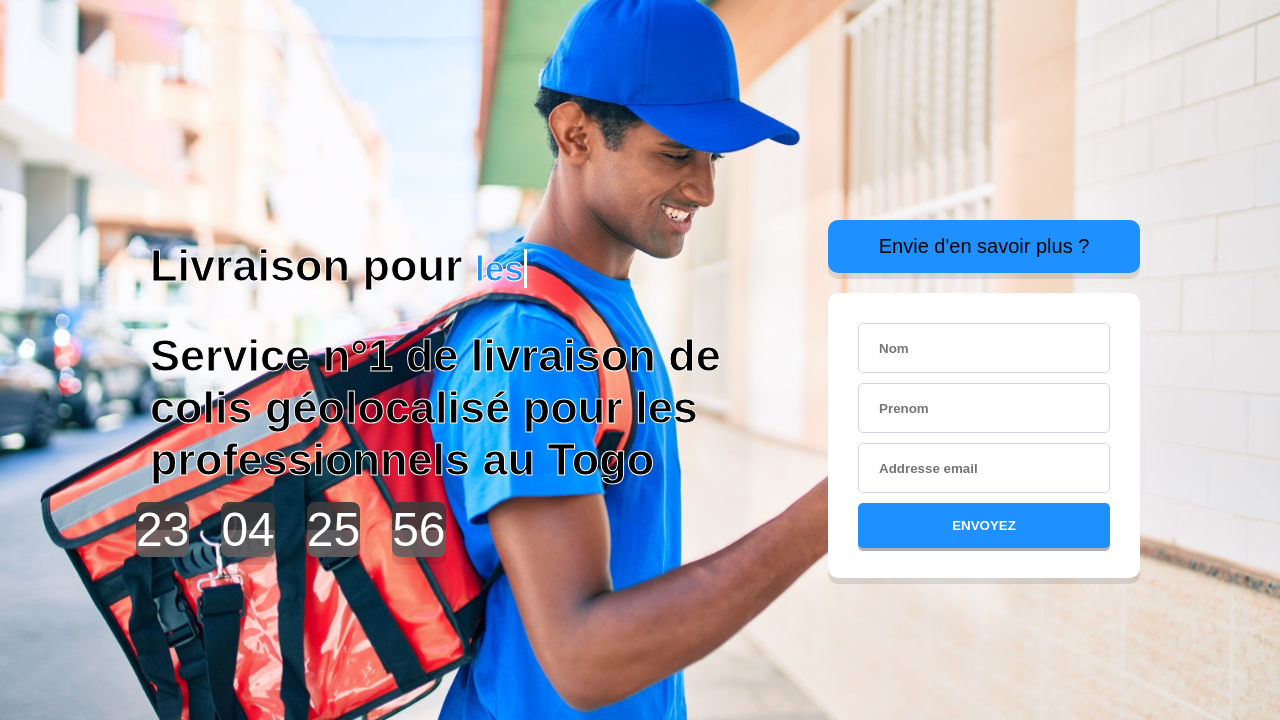
Repository: lawalalao/landpage
Page: index.html
The author's editor kept a copy of each file at every save. The page is drawn from the files as they stood at one save, then again after the next save.
The browser window is 1280 px wide. The pictures show the whole page.
Some web fonts or font styles are not loaded; a fallback is used.

Above is the page before, as saved 2021-01-14 18:47:53.
Console error: TypeError: Cannot read properties of null (reading 'addEventListener')

### index.html
<!DOCTYPE html>
<html lang="en">
<head>
    <meta charset="UTF-8">

    <meta name="viewport" content="width=device-width, initial-scale=1.0">
    <link rel="shortcut icon" type="image/x-icon" href="./assets/icone.png">
    <meta http-equiv="refresh" content="30">
    <link href="./assets/fontawesome-free-5.15.1-web/css/all.css" rel="stylesheet">
    <link rel="preconnect" href="https://fonts.gstatic.com">
    <link href="https://fonts.googleapis.com/css2?family=Allerta+Stencil&display=swap" rel="stylesheet">
    <link rel="stylesheet" href="style.css">
    <title>chapchap</title>
     <meta name="description" content="Service n°1 de livraison de colis géolocalisé pour les professionnels au Togo.comingsoon">
</head>
<body>

        <div class="nav" id="navbar">

            <nav class="navbar navbar-light bg-light">
            <a class="navbar-brand" href="#">
                <img src="./assets/logo.png" width="90" height="90" alt="logo" loading="lazy">
            </a>
            </nav>
            <div>
                <a href="https://web.facebook.com/chapchap.tg" target="_blank" ><i class="fab fa-facebook-square"></i></a>
                <a href="https://www.instagram.com/chapchap_tg/" target="_blank"><i class="fab fa-instagram-square"></i></a>
                <a href="https://twitter.com/chapchap_tg" target="_blank"><i class="fab fa-twitter-square"></i></a>
                <a href="https://www.linkedin.com/company/chapchap-tg" target="_blank" ><i class="fab fa-linkedin"></i></a>
            </div>
        </div>

    <section class="signup">
        <div class="signup-intro">
            <h1 class="z">Livraison pour
                <span class="txt-type" data-wait="500" data-words='["les colis", "les plis", "les marchandises", "le retail", "le dernier Kilometre"]'></span>
            </h1>
            <h1 class="x">Service n°1 de livraison de colis géolocalisé pour les professionnels au Togo</h1>
             <div class="countdown"></div>

        </div>

        <div class="signup-form">
            <div class="tryit-banner">
                <p>Envie d'en savoir plus ? </p>
            </div>

            <form action="https://formspree.io/f/xleollba" method="POST"">
                <input type="text" name="name" placeholder="Nom">
                <input type="text" name="name" placeholder="Prenom">
                <input type="email" name="_replyto"placeholder="Addresse email" required>

                <button class="button">Envoyez</button>

            </form>
        </div>
    </section>
</body>
<script src="./app.js"></script>
<script>  var prevScrollpos = window.pageYOffset;
      window.onscroll = function() {

      var currentScrollpos = window.pageYOffset;
      if(prevScrollpos > currentScrollpos) {
            document.getElementById("navbar").style.top = "0";
      } else {
            document.getElementById("navbar").style.top = "-400px";
      }

      prevScrollpos = currentScrollpos;

      }</script>
</html>

### style.css
body {
    font-family: 'Allerta Stencil',
    sans-serif;
    max-width: 310px;
    margin: 0 auto;
    padding: 20px 20px;
    background: url("./assets/image.jpeg") center no-repeat;
    background-repeat: no-repeat;
    background-size: cover;
    color: Black;
    text-align: center;
}
.nav {
    margin-top: 30px;
    position: fixed;
    z-index: 1000;
    top: 0;
    right: 30px;
    left: 40px;
    height: 35px;
    display: flex;
    flex-direction: row;
    justify-content: space-between;
    align-items: center;
    padding: 0 25px 0 25px;
    background-color: transparent;
    transition: top 0.3s;


}

.z{
    margin-top: 70px;
}
.nav a {
    float: left;
    font-size: 28px;
    font-weight: bold;
    margin-left: 25px;
    color: black;
    text-decoration: none;

}
.txt-type>.txt {
    font-size: 35px;
    color: #1E90FF;
    border-right: 0.2rem solid white;
}
h1{
     -webkit-text-stroke: 1px white;
     color:black;
}
p {
    font-size: 14px;
}

.tryit-banner {
    background-color:#1E90FF;
    border-radius: 10px;
    margin-top: 50px;
    box-shadow: 0px 6px 0px rgba(0, 0, 0, 0.1);
    font-size: 14px;
}

.tryit-banner p {
    padding: 15px 0;
}

input, button {
    font-family: 'Allerta Stencil',
    sans-serif;
}

form {
    background-color: #fff;
    margin-top: 20px;
    display: flex;
    flex-direction: column;
    padding: 20px;
    border-radius: 10px;
    box-shadow: 0px 6px 0px rgba(0, 0, 0, 0.1);
}

input {
    box-sizing: border-box;
    width: 100%;
    height: 50px;
    padding-left: 20px;
    font-weight: 600;
    border: 1px solid hsl(245, 35%, 87%);
    border-radius: 5px;
    margin-bottom: 10px;
    transition: 0.1s;
}

input:hover {
    border: 1px solid hsl(246, 25%, 77%);
}

.button {
    background-color:#1E90FF;
    font-family: 'Allerta Stencil',
    sans-serif;
    border: none;
    border-radius: 5px;
    box-shadow: 0px 3px 0px rgba(0, 0, 0, 0.3);
    padding: 15px 0;
    text-transform: uppercase;
    color: #fff;
    font-weight: 600;
    transition: 0.5s;
}

.button:hover {
    background-color:#042b52;
}

.form-disclaimer {
    color: hsl(246, 25%, 77%);
    font-size: 10px;
}

.terms {
    text-decoration: none;
    font-weight: 600;
    color: hsl(0, 100%, 74%);
}
 .countdown {

    display: flex;
    margin-left: -30px;

    font-size: 30px;
     font-weight: 200;

 }

 .countdown div {

     background: linear-gradient(to bottom,
             rgba(61, 58, 58, 0.9) 50%,
             rgba(99, 93, 93, 0.9) 0);


     color: white;

     margin: 1rem 1rem 3rem 1rem;
     font-size: 3rem;
     font-weight: 400;
     display: flex;
     justify-content: center;
     align-items: center;
     box-shadow: 0px 8px 0px rgba(0, 0, 0, 0.1);
     border-radius: 8px;

     position: relative;
 }

 .countdown div::before {
     content: "";
     position: absolute;

     height: 0.24rem;
     background-color: #17181b;
 }

 .countdown div::after {
     content: attr(data-content);
     font-size: 6rem;
     font-weight: 400;
     position: absolute;
     bottom: -6rem;
 }

 @media screen and (min-width: 480px) {
     .countdown {
         font-size: 25px;
         display: flex;

     }
     .navbar-brand img {
         margin-top: 10px;
     }
     .countdown div {
         display: flex;
         margin: 1rem 1rem 1rem 1rem;
         font-size: 2rem;
         flex-direction: column;
     }

     .countdown div::after {
         font-size: 2rem;
         display: flex;
         flex-direction: column;
         width: 60%;

     }
 }

 @media screen and (min-width: 768px) {
     .countdown {
         font-size: 56px;


     }

     .countdown {
         font-size: 25px;
         display: flex;

     }

     .countdown div {
         display: flex;
         margin: 1rem 1rem 1rem 1rem;
         font-size: 3rem;
         flex-direction: column;
     }

     .countdown div::after {
         font-size: 2.2rem;
         display: flex;
         flex-direction: column;
         width: 60%;

     }

     .signup {
         text-align: center;
     }
 }

 @media screen and (min-width: 1024px) {
     header .content .countdown {
         font-size: 72px;

     }
 }

 @media screen and (min-width: 1280px) {
     .content .countdown {
         font-size: 56px;
     }
 }
@media screen and (min-width: 900px) {
    .nav{
        height: 80px;
    }
    .nav a {
        float: left;
        font-size: 40px;
        font-weight: bold;
        margin-left: 25px;
        color: black;
        text-decoration: none;

    }
    .signup {
        display: flex;
        justify-content: space-between;
    }

    .signup-intro {
        margin-top: 25px;
        width: 100%;
        margin-left: 10px;
        display: flex;
        flex-direction: column;
        justify-content: center;
        text-align: left;
    }

    .signup-form {
        width: 46%;
        font-family: 'Allerta Stencil',
        sans-serif;
        margin-top: 30px;
    }

    form {
        padding: 30px;
    }

    body {
        margin:100px auto;
        max-width: 1000px;
        padding: 40px 20px;
        background: url("./assets/image.jpeg") ;
        background-repeat: no-repeat;
        background-size: cover;
        font-family: 'Allerta Stencil',
        sans-serif;
    }

    h1 {
        font-size:45px;
        margin-bottom: 0px;
        -webkit-text-stroke: 1px white;
        color:black;
    }

    p {
        font-size: 20px;
    }
}

### app.js
const countdown = document.querySelector(".countdown");

const interval = setInterval(() => {
  const deadline = new Date(2021,01, 05, 00, 00, 00);

  const current = new Date();

  const diff = deadline - current;

  const days = Math.floor(diff / (1000 * 60 * 60 * 24)) + "";
  const hours = Math.floor((diff / (1000 * 60 * 60)) % 24) + "";
  const minutes = Math.floor((diff / (1000 * 60)) % 60) + "";
  const seconds = Math.floor((diff / 1000) % 60) + "";

  countdown.innerHTML = `
    <div data-content="">${days.length === 1 ? `0${days}` : days}</div>
    <div data-content="">${hours.length === 1 ? `0${hours}` : hours}</div>
    <div data-content="">${
      minutes.length === 1 ? `0${minutes}` : minutes
    }</div>
    <div data-content="">${
      seconds.length === 1 ? `0${seconds}` : seconds
    }</div>
`;

  if (diff < 0) {
    clearInterval(interval);
    countdown.innerHTML = "<h1>Here We Go!!!</h1>";
  }

  document.querySelector(".reset").addEventListener("click", () => {
    clearInterval(interval);

    const divs = document.querySelectorAll(".countdown div");

    divs.forEach((div) => {
      div.innerHTML = "00";
    });
  });
}, 1000);


// ES6 Class
class TypeWriter {
  constructor(txtElement, words, wait = 3000) {
    this.txtElement = txtElement;
    this.words = words;
    this.txt = '';
    this.wordIndex = 0;
    this.wait = parseInt(wait, 10);
    this.type();
    this.isDeleting = false;
  }

  type() {
    // Current index of word
    const current = this.wordIndex % this.words.length;
    // Get full text of current word
    const fullTxt = this.words[current];

    // Check if deleting
    if(this.isDeleting) {
      // Remove char
      this.txt = fullTxt.substring(0, this.txt.length - 1);
    } else {
      // Add char
      this.txt = fullTxt.substring(0, this.txt.length + 1);
    }

    // Insert txt into element
    this.txtElement.innerHTML = `<span class="txt">${this.txt}</span>`;

    // Initial Type Speed
    let typeSpeed = 300;

    if(this.isDeleting) {
      typeSpeed /= 2;
    }

    // If word is complete
    if(!this.isDeleting && this.txt === fullTxt) {
      // Make pause at end
      typeSpeed = this.wait;
      // Set delete to true
      this.isDeleting = true;
    } else if(this.isDeleting && this.txt === '') {
      this.isDeleting = false;
      // Move to next word
      this.wordIndex++;
      // Pause before start typing
      typeSpeed = 500;
    }

    setTimeout(() => this.type(), typeSpeed);
  }
}


// Init On DOM Load
document.addEventListener('DOMContentLoaded', init);

// Init App
function init() {
  const txtElement = document.querySelector('.txt-type');
  const words = JSON.parse(txtElement.getAttribute('data-words'));
  const wait = txtElement.getAttribute('data-wait');
  // Init TypeWriter
  new TypeWriter(txtElement, words, wait);
}

/*===== EXPANDER MENU  =====*/
const showMenu = (toggleId, navId)=>{
    const toggle = document.getElementById(toggleId),
    nav = document.getElementById(navId)

    if(toggle && nav){
      toggle.addEventListener('click', ()=>{
        nav.classList.toggle('show')
        toggle.classList.toggle('bx-x')
      })
    }
  }
  showMenu('header-toggle','nav-menu')

  /*===== ACTIVE AND REMOVE MENU =====*/
const navLink = document.querySelectorAll('.nav__link');

function linkAction(){
  /*Active link*/
  navLink.forEach(n => n.classList.remove('active'));
  this.classList.add('active');
}
navLink.forEach(n => n.addEventListener('click', linkAction));

Loaded but not shown: assets/fontawesome-free-5.15.1-web/css/all.css (library)

After the next save:
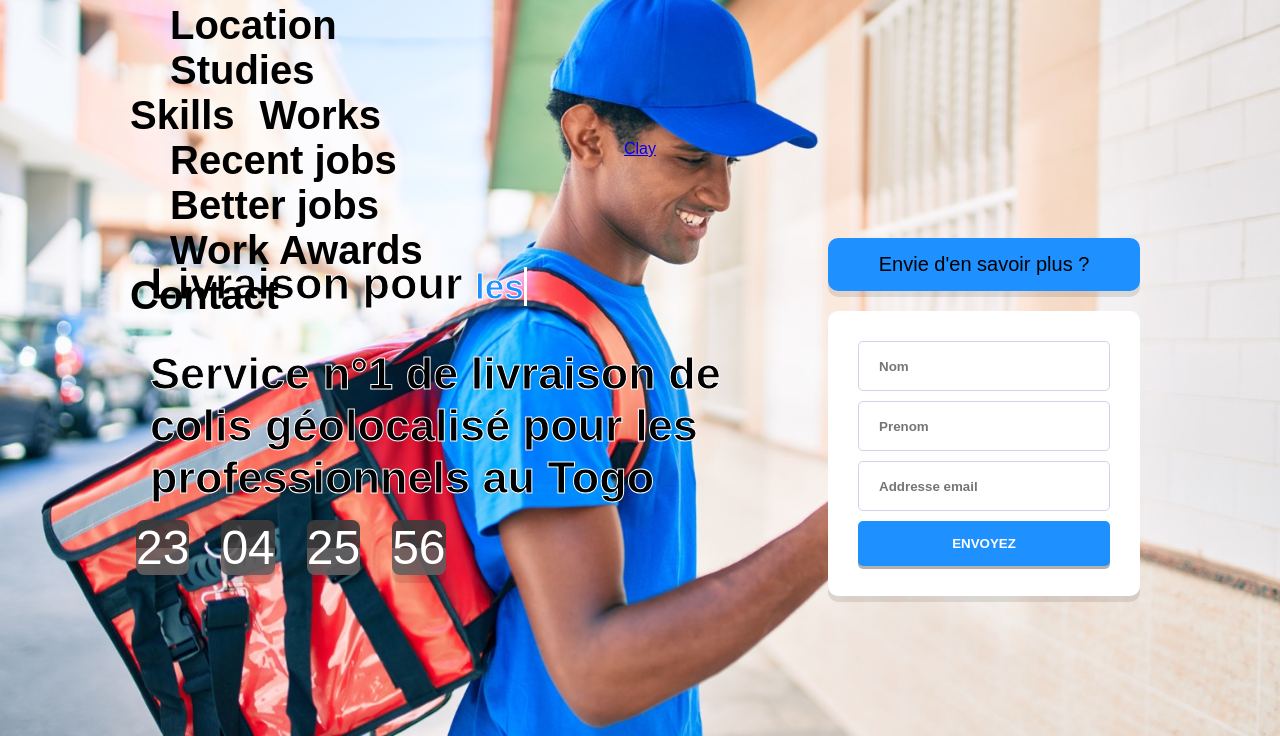
Not found: assets/img/perfil.jpg
Saved 110 s later.
--- a/index.html
+++ b/index.html
@@ -14,7 +14,58 @@
      <meta name="description" content="Service n°1 de livraison de colis géolocalisé pour les professionnels au Togo.comingsoon">
 </head>
 <body>
+        <header class="header">
+            <a href="#" class="header__logo">Clay</a>
 
+            <i class='bx bx-menu header__toggle' id="header-toggle"></i>
+
+            <nav class="nav" id="nav-menu">
+                <div class="nav__content bd-grid">
+                    <a href="" class="nav__perfil">
+                        <div class="nav__img">
+                            <img src="assets/img/perfil.jpg" alt="">
+                        </div>
+
+                        <div>
+                            <span class="nav__name">Clay</span>
+                            <span class="nav__name">Mitchell</span>
+                        </div>
+                    </a>
+
+                    <div class="nav__menu">
+                        <ul class="nav__list">
+                            <li class="nav__item"><a href="#" class="nav__link active">Home</a></li>
+
+                            <li class="nav__item dropdown">
+                                <a href="#" class="nav__link dropdown__link">About <i class='bx bx-chevron-down dropdown__icon'></i></a>
+
+
+                                <ul class="dropdown__menu">
+                                    <li class="dropdown__item"><a href="#" class="nav__link">About me</a></li>
+                                    <li class="dropdown__item"><a href="#" class="nav__link">Location</a></li>
+                                    <li class="dropdown__item"><a href="#" class="nav__link">Studies</a></li>
+                                </ul>
+                            </li>
+
+                            <li class="nav__item"><a href="#" class="nav__link">Skills</a></li>
+
+                            <li class="nav__item dropdown">
+                                <a href="#" class="nav__link dropdown__link">Works <i class='bx bx-chevron-down dropdown__icon'></i></a>
+
+
+                                <ul class="dropdown__menu">
+                                    <li class="dropdown__item"><a href="#" class="nav__link">Recent jobs</a></li>
+                                    <li class="dropdown__item"><a href="#" class="nav__link">Better jobs</a></li>
+                                    <li class="dropdown__item"><a href="#" class="nav__link">Work Awards</a></li>
+                                </ul>
+                            </li>
+
+                            <li class="nav__item"><a href="#" class="nav__link">Contact</a></li>
+                        </ul>
+                    </div>
+                </div>
+            </nav>
+        </header>
         <div class="nav" id="navbar">
 
             <nav class="navbar navbar-light bg-light">
